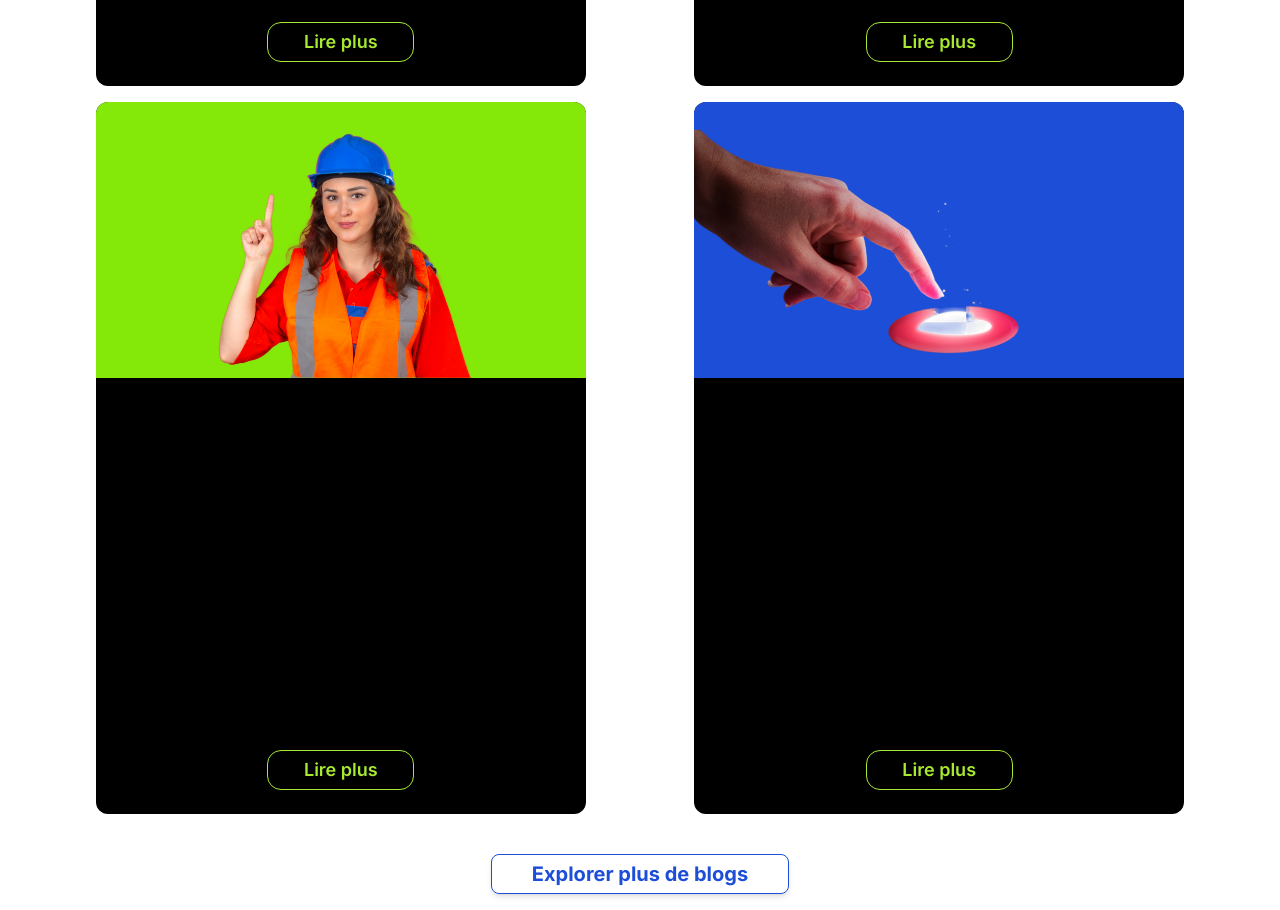
Repository: NassimeElkamari/test
Page: /blogs
These files come from the project's save history. The page is drawn as it stood at one moment and after the next save; the edit follows.
The browser window is 1280 px wide. The pictures show the part of the page from y = 1317 to 2269 px (the page is 2227 px tall before and 2269 px after).
The project was rebuilt for these pictures with package versions that can differ from the ones it lists, and the page was loaded fresh each time. The framework's server and built-in components were replaced by stand-ins that run in the browser. Also part of the build but not shown: next.config.mjs.

Above is the page before, as saved 2024-06-12 16:09:57.

### src/app/blogs/page.tsx
import Image from 'next/image';
import React from 'react';
import { MdDateRange } from "react-icons/md";
import BlogCard from '../../components/BlogCard';
import { cardData } from '../../data/cardData';

const Blog = () => {
  return (
    <div className='bg-white'>
      <div className='flex justify-center'>
        <h1 className="text-4xl font-bold text-center">Blog</h1>
      </div>
      <div className="relative w-[92vw] h-[85vh] mx-auto overflow-hidden bg-black pt-5 pl-8 flex flex-col justify-start rounded-2xl">
        <Image
          src="/bgImage.jpg"
          layout="fill"
          objectFit="cover"
          objectPosition="top"
          quality={100}
          alt="Background Image"
          className="opacity-30 bg-black"
        />
        <div className="absolute inset-0 flex flex-col justify-center text-white mt-[6%] p-4 pl-8">
          <h1 className="text-[52px] font-semibold mb-4">
            Ouvrez les portes de la connaissance <br /> avec nos Blogs stimulants
          </h1>
          <p className="text-[17px] mb-8">
            Découvrez les dernières actualités de 2peerfect dans une multitude de domaines passionnants. <br />Plongez-vous dans nos articles pour rester à jour sur les tendances les plus récentes en technologie, <br /> santé mentale, Design, Business, et bien plus encore. Avec une expertise diversifiée et des perspectives variées,<br /> 2peerfect vous offre un aperçu complet et captivant des développements les plus récents à travers différents secteurs.<br /> Ne manquez rien de ce qui se passe dans le monde, suivez 2peerfect pour rester informé et inspiré.
          </p>
          <div className="flex flex-wrap justify-between space-x-4 w-[80%]">
            <div className="bg-transparent rounded-lg shadow-md w-[15%] h-10 mb-4 border border-[#A7E92F] flex items-center justify-center">
              <h2 className="text-lg font-semibold text-center">Marketing</h2>
            </div>
            <div className="bg-transparent rounded-lg shadow-md w-[15%] h-10 mb-4 border border-[#A7E92F] flex items-center justify-center">
              <h2 className="text-lg font-semibold text-center">Design</h2>
            </div>
            <div className="bg-transparent rounded-lg shadow-md w-[15%] h-10 mb-4 border border-[#A7E92F] flex items-center justify-center">
              <h2 className="text-lg font-semibold text-center">Business</h2>
            </div>
            <div className="bg-transparent rounded-lg shadow-md w-[15%] h-10 mb-4 border border-[#A7E92F] flex items-center justify-center">
              <h2 className="text-lg font-semibold text-center">IT</h2>
            </div>
            <div className="bg-transparent rounded-lg shadow-md w-[15%] text-center h-10 mb-4 border border-[#A7E92F] flex items-center justify-center">
              <h2 className="text-lg font-semibold">Psychologie</h2>
            </div>
            {/* Add more cards as needed */}
          </div>
        </div>
      </div>
      <div className='second-section w-[85vw] mx-auto mt-10 flex justify-center'>
        <div className="flex flex-wrap gap-4 justify-between ">
          {cardData.map((card) => (
            <BlogCard
              key={card.id}
              imageSrc={card.imageSrc}
              title={card.title}
              description={card.description}
              date={card.date}
              color={card.background}
            />
          ))}
        </div>
      </div>
      <div className="flex justify-center mt-10">
        <button className=" text-white rounded-lg shadow-md  text-center mx-10 my-4 px-10 py-4 h-10 border border-[#1D4ED8] flex items-center justify-center">
          <h2 className="text-xl font-bold text-[#1D4ED8]">Explorer plus de blogs </h2>
        </button>
      </div>
    </div>
  );
};

export default Blog;

### src/components/BlogCard.tsx
import Image from 'next/image'
import React from 'react'
import { MdDateRange } from "react-icons/md";


const BlogCard = ({ imageSrc, title, description, date , color}) => {
  return (
    <div className='w-[45%] h-[50%] bg-black rounded-xl flex flex-col'>
    <div className="w-[100%] h-2/5 relative">
        <Image
        src={imageSrc}
        layout='responsive'
        height={100}
        width={100}
        alt="Card Image"
        className="w-full h-full rounded-t-xl "
        style={{backgroundColor: `${color}`}}
        />
    </div>
    <div className="pt-14 flex justify-center items-center flex-col px-5">
        <h1 className="text-[32px] font-semibold">{title}</h1>
        <p className="text-md mt-5">{description}</p>
    </div>
    <div className="flex items-center justify-end mt-10 mr-2">
        <MdDateRange width={70} height={70} className='mr-4'/>
        <p className="mr-2">{date}</p>
    </div>
    <div className="flex justify-center mt-8 mb-6"> {/* Added justify-center class */}
        <button className="bg-black rounded-[14px] shadow-md w-[30%] text-center h-10 border border-[#A7E92F] flex items-center justify-center">
        <h2 className="text-lg font-semibold text-[#A7E92F]">Lire plus</h2> {/* Added text-white class */}
        </button>
    </div>
    </div>
  )
}

export default BlogCard

### src/data/cardData.js
export const cardData = [
  {
    id: 1,
    imageSrc: "/card11.png",
    title: "L'impact des médias sociaux sur la santé mental",
    description: "Discuter de la façon dont les likes, les commentaires et les partages peuvent devenir une mesure de notre valeur personnelle, et comment cela peut affecter notre estime de soi et notre bien-être émotionnel...",
    date: "11 Décembre 2023",
    background: '#1D4ED8' // Background color for the first card
  },
  {
    id: 2,
    imageSrc: "/card22.png",
    title: "L’inovation technologique dans l’éducation",
    description: "Reconnaître les défis liés à l'intégration de la technologie dans l'éducation, tels que l'accès inégal aux ressources technologiques et les préoccupations concernant la dépendance excessive à la technologie...",
    date: "11 Décembre 2023",
    background: '#84e809' // Background color for the second card
  },
  {
    id: 3,
    imageSrc: "/card33.png",
    title: "L’inovation technologique dans l’éducation",
    description: "Reconnaître les défis liés à l'intégration de la technologie dans l'éducation, tels que l'accès inégal aux ressources technologiques et les préoccupations concernant la dépendance excessive à la technologie...",
    date: "11 Décembre 2023",
    background: '#84e809' // Background color for the third card
  },
  {
    id: 4,
    imageSrc: "/card11.png",
    title: "L'impact des médias sociaux sur la santé mental",
    description: "Discuter de la façon dont les likes, les commentaires et les partages peuvent devenir une mesure de notre valeur personnelle, et comment cela peut affecter notre estime de soi et notre bien-être émotionnel...",
    date: "11 Décembre 2023",
    background: '#1D4ED8' // Background color for the fourth card
  },
];

Loaded but not shown: src/app/layout.tsx (common file); src/app/globals.css (common file); tailwind.config.ts (common file)

After the next save:
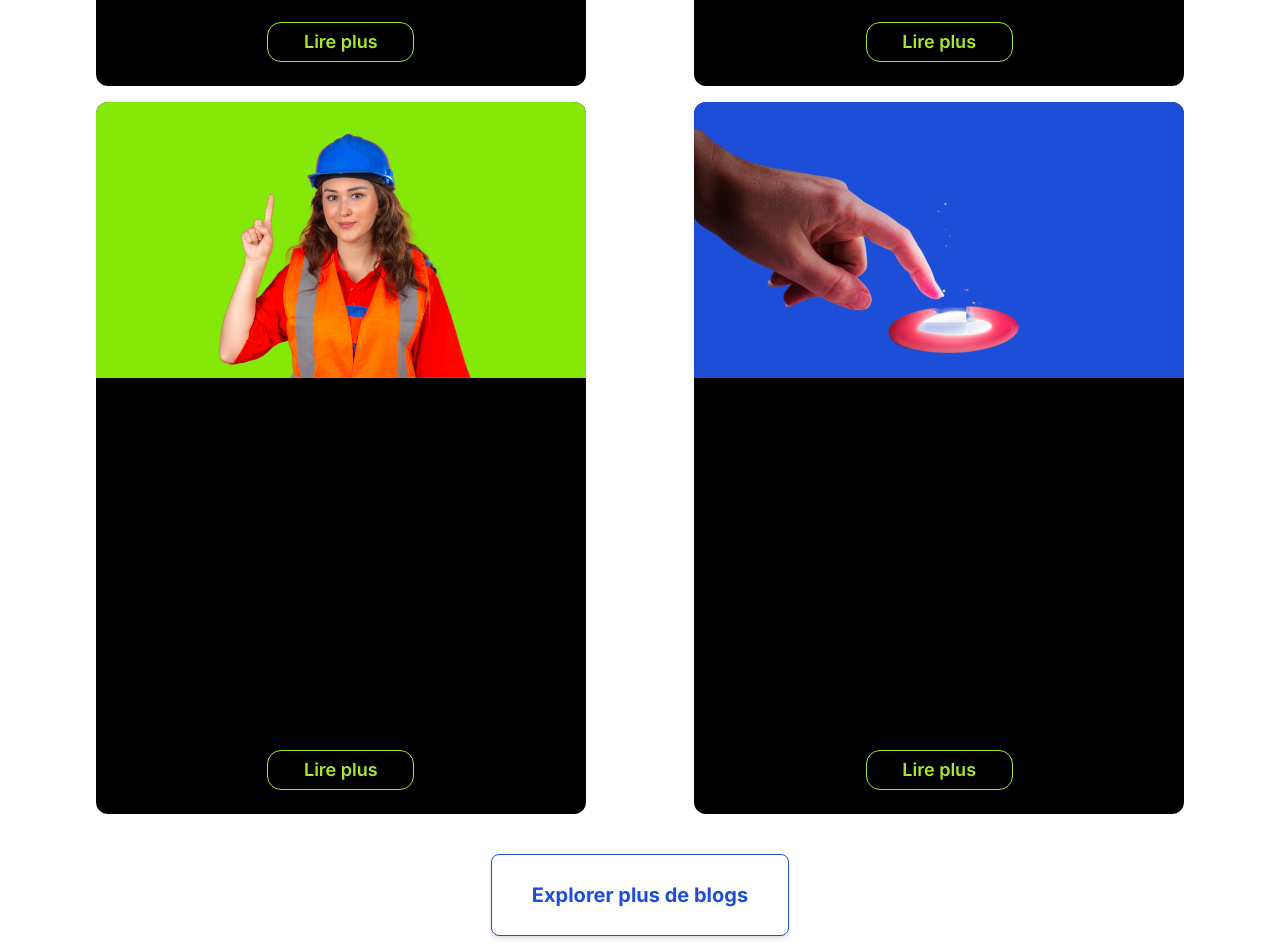
Saved 22 s later.
--- a/src/app/blogs/page.tsx
+++ b/src/app/blogs/page.tsx
@@ -62,7 +62,7 @@ const Blog = () => {
         </div>
       </div>
       <div className="flex justify-center mt-10">
-        <button className=" text-white rounded-lg shadow-md  text-center mx-10 my-4 px-10 py-4 h-10 border border-[#1D4ED8] flex items-center justify-center">
+        <button className=" text-white rounded-lg shadow-md  text-center mx-10 my-4 px-10 py-10 h-10 border border-[#1D4ED8] flex items-center justify-center">
           <h2 className="text-xl font-bold text-[#1D4ED8]">Explorer plus de blogs </h2>
         </button>
       </div>
